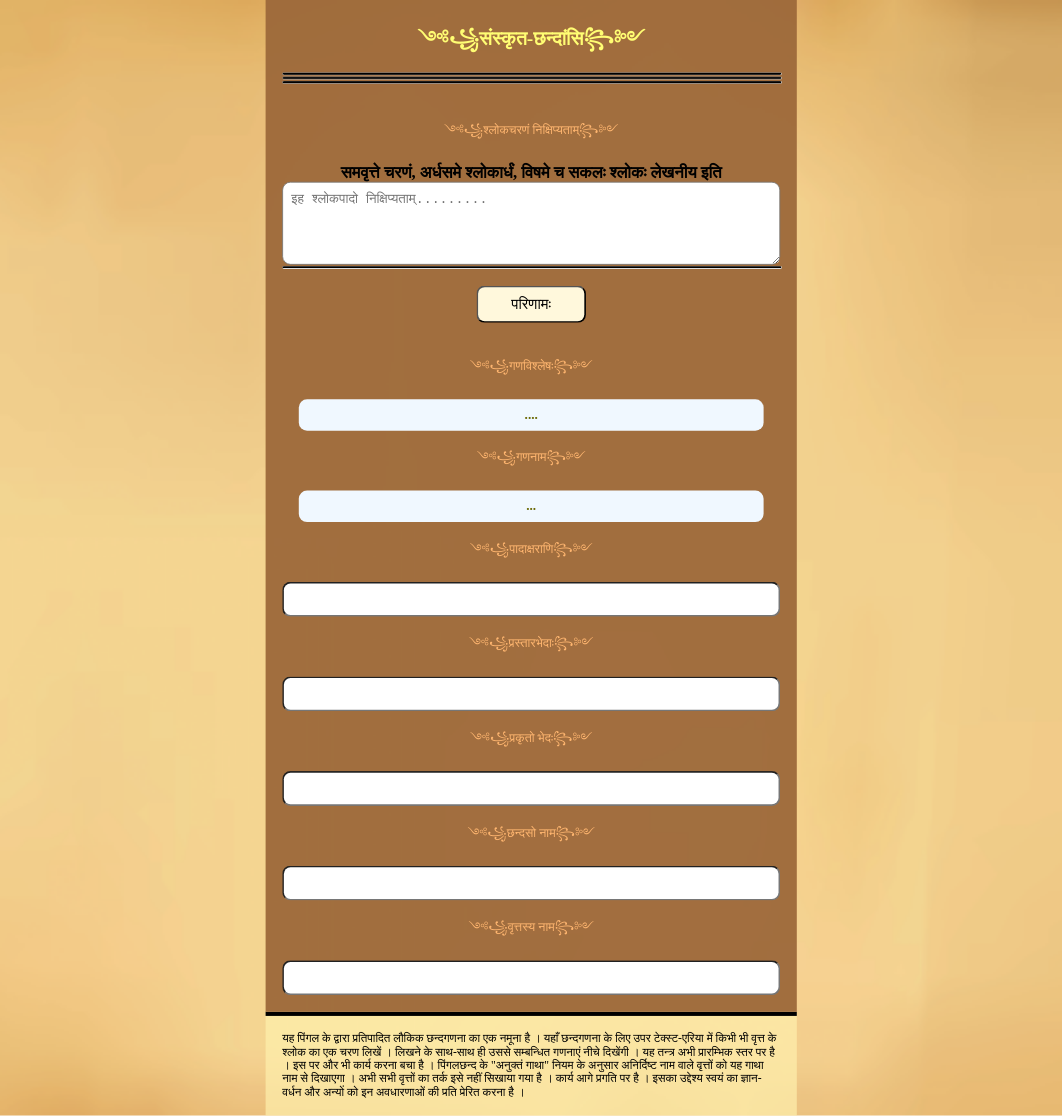
Repository: arshavak/pingala_chhand_shastram
Page: index.html
An editor plug-in stored every save of this project. The page is shown before and after the next save, followed by the edit.
The browser window is 1280 px wide. The pictures show the whole page, at 83% of full size.

Above is the page before, as saved 2024-10-20 17:04:35.

After the next save:
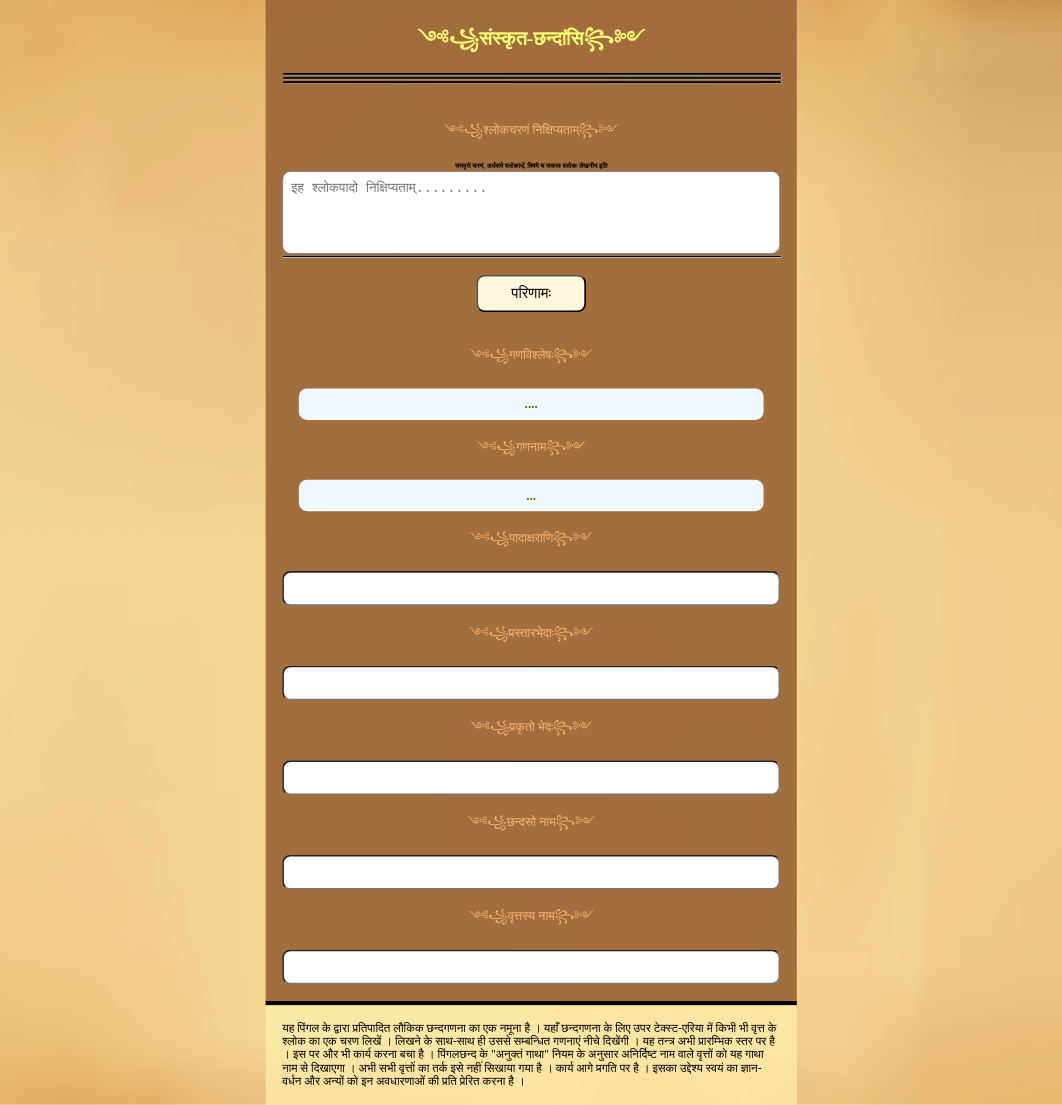
Saved 19 s later.
--- a/style.css
+++ b/style.css
@@ -20,6 +20,10 @@ label {
   display: block;
   font-size: 15px;
   color:#ffb670;
+}
+
+#note{
+  font-size: 8px;
 }
 
 textarea {
